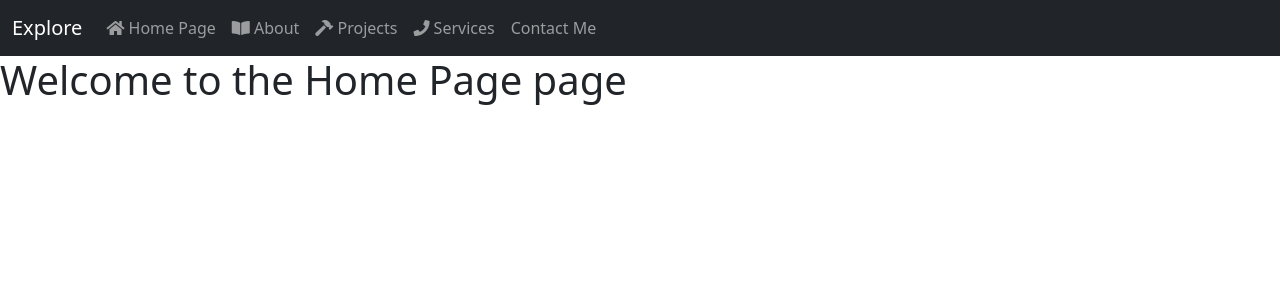
Repository: Survey-Wizard/SurveyWizard
Page: http://localhost/
The author's editor kept a copy of each file at every save. The page is drawn from the files as they stood at one save, then again after a run of saves.
The browser window is 1280 px wide. The pictures show the whole page.
The page is served by the project's Node server (server.js).

Above is the page before, as saved 2021-05-30 10:03:24.

After the next 2 saves:
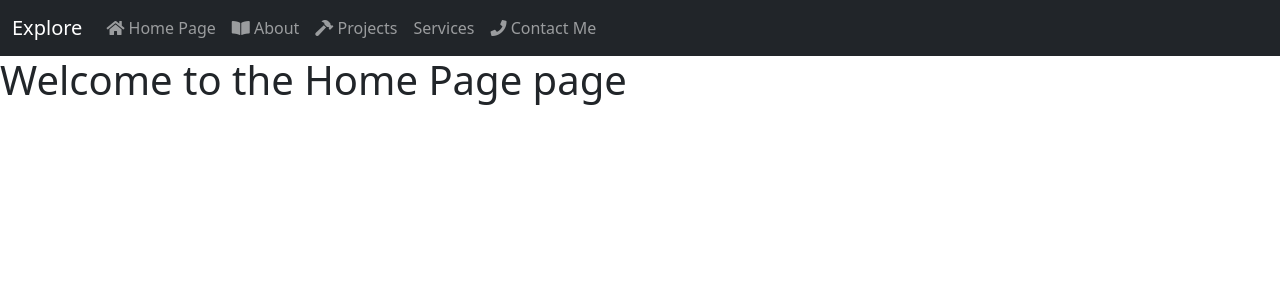
The 2 saves are shown as one change because they came seconds apart.
The last was saved 9 s later.
--- a/views/index.ejs
+++ b/views/index.ejs
@@ -36,11 +36,11 @@
           </li>
 
           <li class="nav-item active">
-            <a class="nav-link"  href="/services"><i class="fas fa-phone"></i> Services</a>
+            <a class="nav-link"  href="/services">Services</a>
           </li>
 
           <li class="nav-item active">
-            <a class="nav-link"  href="/contact">Contact Me</a>
+            <a class="nav-link"  href="/contact"><i class="fas fa-phone"></i> Contact Me</a>
           </li>
 
         </div>
